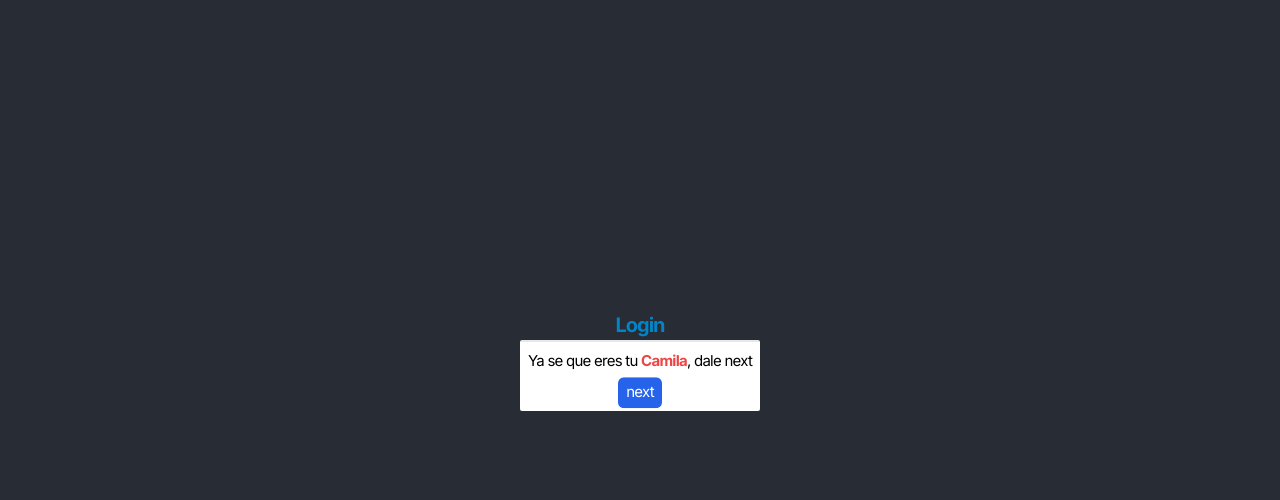
Repository: devsecops-node/simple-play
Page: /, after clicking the first element matching `#name`
These files come from the project's save history. The page is drawn as it stood at one moment and after the next save; the edit follows.
The browser window is 1280 px wide. The pictures show the whole page.
The project was rebuilt for these pictures with package versions that can differ from the ones it lists, and the page was loaded fresh each time. The framework's server and built-in components were replaced by stand-ins that run in the browser. Also part of the build but not shown: next.config.mjs.

Above is the page before, as saved 2024-06-21 21:20:40.

### src/app/(main)/page.tsx

import Container from "../_components/Container";
import FormsName from "../_components/FormsName";
import Image from 'next/image'

export default function Home() {
  return (
    <Container>
      <h1 className="text-[20px] text-sky-600 font-bold tracking-tighter">Login</h1>
      <FormsName />

    </Container>
  );
}

### src/app/globals.css
@tailwind base;
@tailwind components;
@tailwind utilities;

:root {
  --foreground-rgb: 0, 0, 0;
  --background-start-rgb: 214, 219, 220;
  --background-end-rgb: 255, 255, 255;
}

@media (prefers-color-scheme: dark) {
  :root {
    --foreground-rgb: 255, 255, 255;
    --background-start-rgb: 0, 0, 0;
    --background-end-rgb: 0, 0, 0;
  }
}

body {
  color: rgb(var(--foreground-rgb));
  background: linear-gradient(to bottom,
      transparent,
      rgb(var(--background-end-rgb))) rgb(var(--background-start-rgb));
}

@layer utilities {
  .text-balance {
    text-wrap: balance;
  }
}

input {
  color: black;
  padding: 3px 5px;
  border-radius: 0.125rem;
  -webkit-border-radius: 0.125rem;
  -moz-border-radius: 0.125rem;
  -ms-border-radius: 0.125rem;
  -o-border-radius: 0.125rem;
  font-size: 15px;
  border: none;
}

input[type=text]:focus {
  outline: 2px solid #0284c7;
}
/* Resource for Card */

### src/app/_components/Container.tsx
import React from 'react'

const Container = ({ children }: { children: React.ReactNode }) => {
  return (
    <div className='bg-[#282c34] h-screen text-white flex flex-col items-center justify-center'>
      {children}
    </div>
  )
}

export default Container

### src/app/_components/FormsName.tsx
"use client"
import React, { useState } from 'react'
import RecomendationsSearch from './RecomendationsSearch'

const FormsName = () => {
  const [name, setName] = useState('')
  const [statusSearch, setStatusSearch] = useState(false)

  const retrieveData = (data: { id: string, rec: string }) => {
    console.log(data)
    setStatusSearch(false)
  }

  return (
    <form action="/" className="">
      <section className="flex flex-col">
        <label htmlFor="name" hidden={statusSearch} >Try full name</label>
        <input
          type="text"
          hidden={statusSearch}
          onClick={() => setStatusSearch(true)}
          value={name} onChange={(e) => setName(e.target.value)}
          placeholder="write your name ..." id="name" />
      </section>
      {statusSearch ? (<RecomendationsSearch retrieveData={retrieveData} />) : <></>}
    </form>
  )
}

export default FormsName

### src/app/_components/RecomendationsSearch.tsx
"use client"
import React from 'react'

import { useRouter } from 'next/navigation'
export interface RecomendationUI {
  id: string
  rec: string
}

const RecomendationsSearch = ({ retrieveData }: { retrieveData: (data: RecomendationUI) => void }) => {
  const router = useRouter()

  const recomendations = [{ id: "correct", rec: "Camila Jhosely " }, { id: "acassdf", rec: "weqwe" }, { id: "asacc", rec: "weqwe" }, { id: "wweqwe", rec: "weqwe" }]

  const sendData = (data: RecomendationUI) => {
    retrieveData(data)
  }
  const activateSomething = () => {
    router.push('/recomendations')
  }
  return (
    <div className='transition-all flex flex-col duration-150 bg-white rounded-sm border-t-2 text-black text-[15px] tracking-tighter'>
      <p className='px-2 py-2'>Ya se que eres tu <span className='font-bold text-red-500'>Camila</span>, dale next</p>
      <button
        type='button'
        className='self-center text-center transition-all duration-150 animate-bounce bg-blue-600 px-2 py-1 rounded-md text-white hover:animate-none'
        onClick={() => router.push('/recomendations')}
      >next
      </button>
    </div>
  )
}

export default RecomendationsSearch

Loaded but not shown: src/app/layout.tsx (common file); tailwind.config.ts (common file)

After the next save:
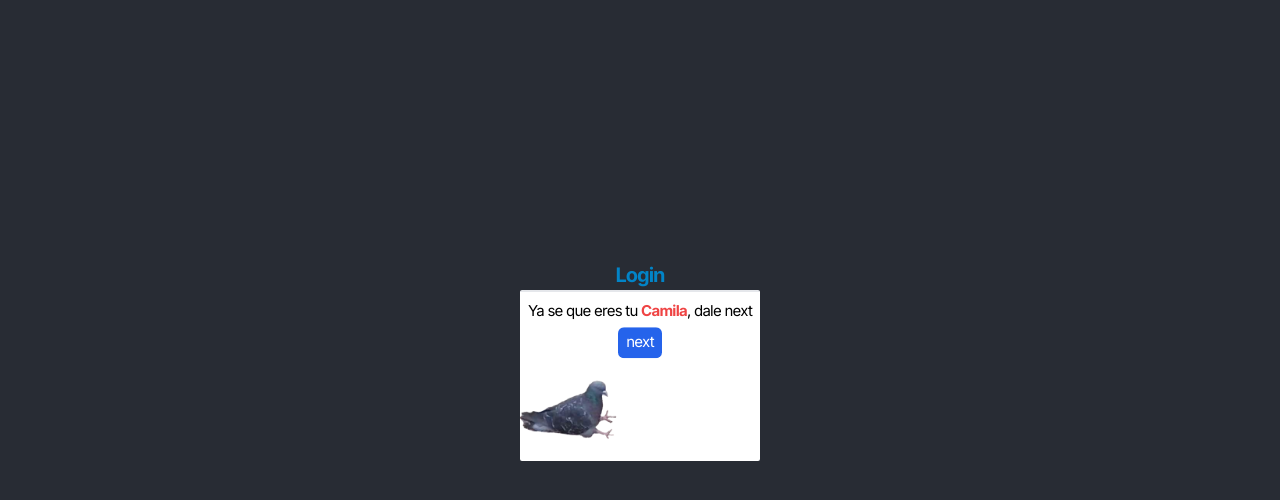
Saved 18 s later.
--- a/src/app/_components/RecomendationsSearch.tsx
+++ b/src/app/_components/RecomendationsSearch.tsx
@@ -2,6 +2,7 @@
 import React from 'react'
 
 import { useRouter } from 'next/navigation'
+import Image from 'next/image'
 export interface RecomendationUI {
   id: string
   rec: string
@@ -27,6 +28,7 @@
         onClick={() => router.push('/recomendations')}
       >next
       </button>
+      <Image src="/paloma.webp" alt="Cargando" width={100} height={100} />
     </div>
   )
 }

After the save that followed:
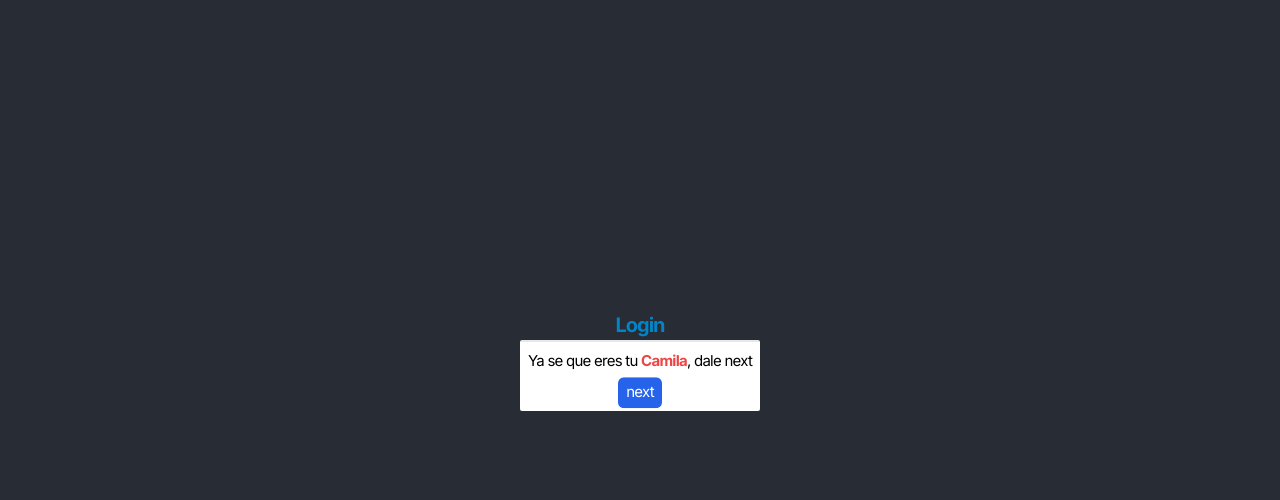
Saved 10 s later.
--- a/src/app/_components/RecomendationsSearch.tsx
+++ b/src/app/_components/RecomendationsSearch.tsx
@@ -28,7 +28,6 @@
         onClick={() => router.push('/recomendations')}
       >next
       </button>
-      <Image src="/paloma.webp" alt="Cargando" width={100} height={100} />
     </div>
   )
 }
